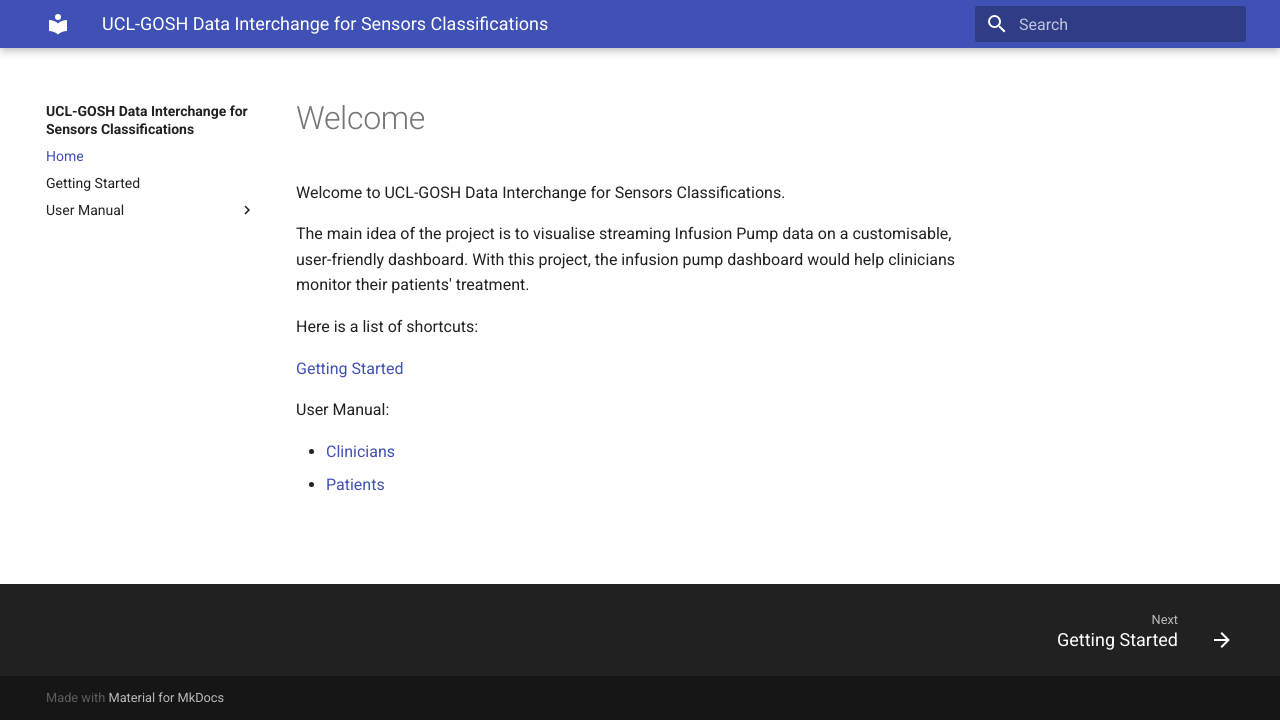
Repository: COMP0016-Team6/user-manual
Page: site/index.html
These files come from the project's save history. The page is drawn as it stood at one moment and after the next save; the edit follows.
The browser window is 1280 px wide. The pictures show the whole page.

Above is the page before, as saved 2021-03-19 07:40:16.

After the next save:
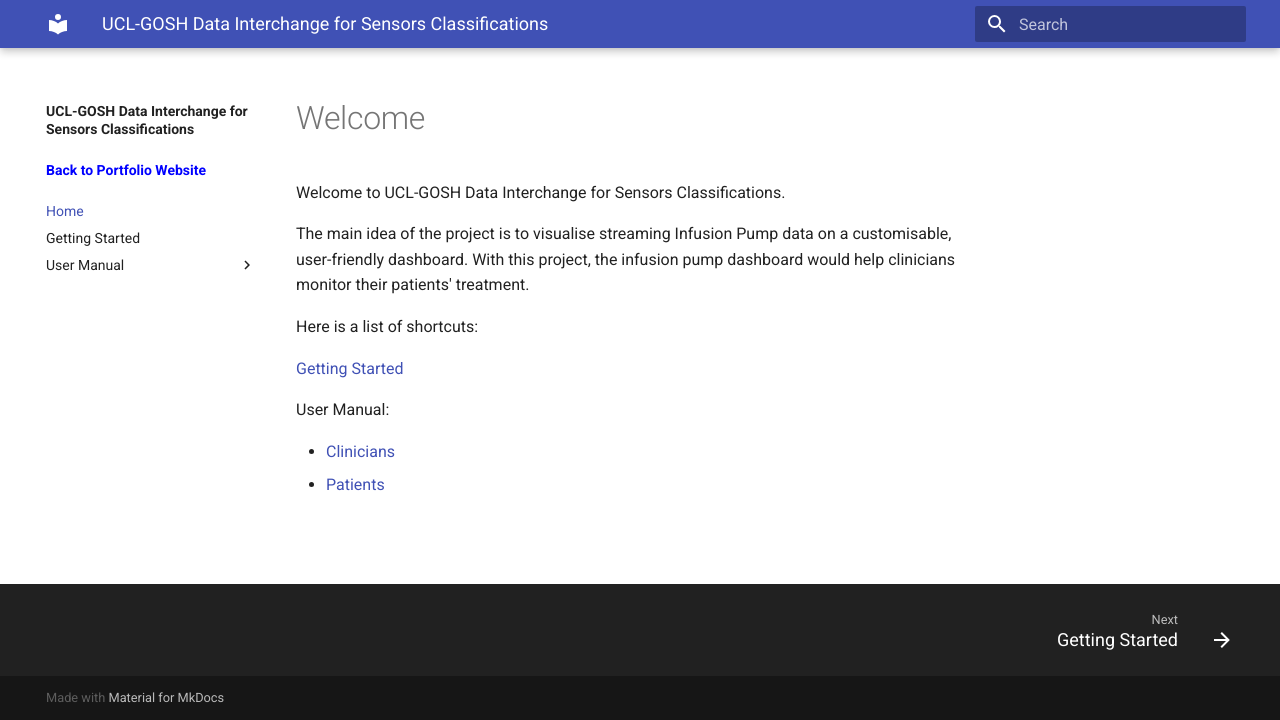
Saved 115 s later.
--- a/site/index.html
+++ b/site/index.html
@@ -71,7 +71,7 @@
 
 <header class="md-header" data-md-component="header">
   <nav class="md-header__inner md-grid" aria-label="Header">
-    <a href="https://comp0016-team6.github.io/" title="UCL-GOSH Data Interchange for Sensors Classifications" class="md-header__button md-logo" aria-label="UCL-GOSH Data Interchange for Sensors Classifications">
+    <a href="." title="UCL-GOSH Data Interchange for Sensors Classifications" class="md-header__button md-logo" aria-label="UCL-GOSH Data Interchange for Sensors Classifications">
 
 
   <svg xmlns="http://www.w3.org/2000/svg" viewBox="0 0 24 24"><path d="M12 8a3 3 0 0 0 3-3 3 3 0 0 0-3-3 3 3 0 0 0-3 3 3 3 0 0 0 3 3m0 3.54C9.64 9.35 6.5 8 3 8v11c3.5 0 6.64 1.35 9 3.54 2.36-2.19 5.5-3.54 9-3.54V8c-3.5 0-6.64 1.35-9 3.54z"/></svg>
@@ -83,11 +83,9 @@
     <div class="md-header__title" data-md-component="header-title">
       <div class="md-header__ellipsis">
         <div class="md-header__topic">
-          <a href="https://comp0016-team6.github.io/">
-            <span class="md-ellipsis">
-              UCL-GOSH Data Interchange for Sensors Classifications
-            </span>
-          </a>
+          <span class="md-ellipsis">
+            UCL-GOSH Data Interchange for Sensors Classifications
+          </span>
         </div>
         <div class="md-header__topic" data-md-component="header-topic">
           <span class="md-ellipsis">
@@ -174,6 +172,21 @@
 
 
 
+    <li class="md-nav__item">
+      <a href="https://comp0016-team6.github.io/" class="md-nav__link">
+        <p style="color: blue;"><strong>Back to Portfolio Website</strong></p>
+      </a>
+    </li>
+
+
+
+
+
+
+
+
+
+
 
 
     <li class="md-nav__item md-nav__item--active">
@@ -217,14 +230,14 @@
     <li class="md-nav__item md-nav__item--nested">
 
 
-        <input class="md-nav__toggle md-toggle" data-md-toggle="__nav_3" type="checkbox" id="__nav_3" >
-
-      <label class="md-nav__link" for="__nav_3">
+        <input class="md-nav__toggle md-toggle" data-md-toggle="__nav_4" type="checkbox" id="__nav_4" >
+
+      <label class="md-nav__link" for="__nav_4">
         User Manual
         <span class="md-nav__icon md-icon"></span>
       </label>
       <nav class="md-nav" aria-label="User Manual" data-md-level="1">
-        <label class="md-nav__title" for="__nav_3">
+        <label class="md-nav__title" for="__nav_4">
           <span class="md-nav__icon md-icon"></span>
           User Manual
         </label>
